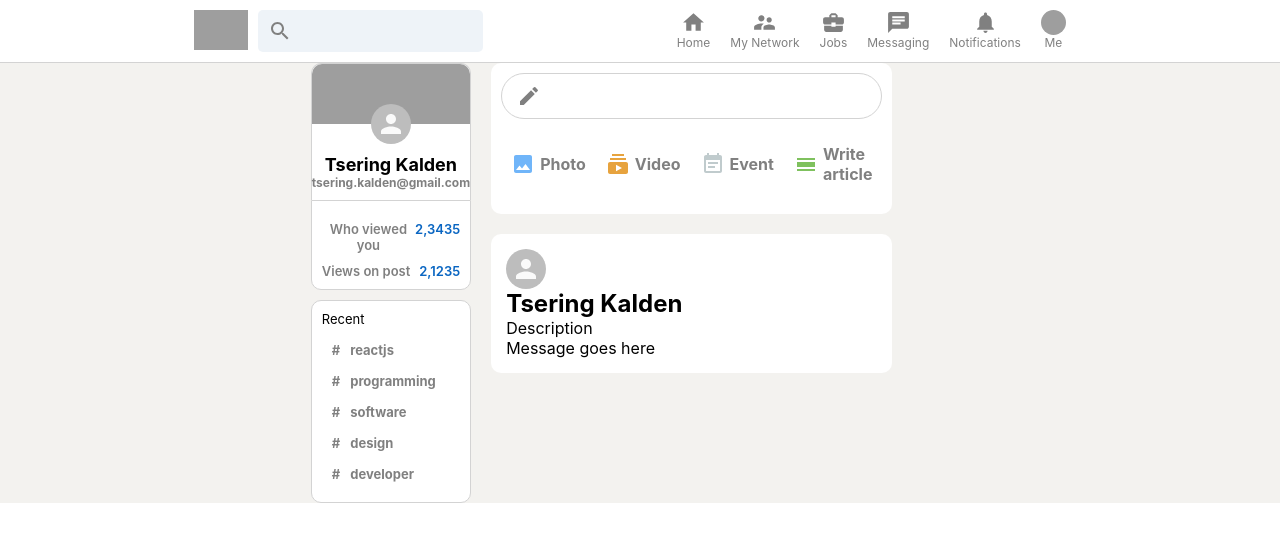
Repository: exiled-kal/linkedInreact-redux
Page: /
An editor plug-in stored every save of this project. The page is shown before and after a run of saves, followed by the edit.
The browser window is 1280 px wide. The pictures show the whole page.
Pictures or frames that could not be fetched are drawn as grey boxes. The project was rebuilt for these pictures with package versions that can differ from the ones it lists, and the page was loaded fresh each time.

Above is the page before, as saved 2020-12-23 21:17:46.

### src/App.js
import React from 'react';
import './App.css';
import Feed from './Feed';
import Header from './Header';
import Sidebar from './Sidebar';

function App() {
  return (
    <div className="app">
      <Header />

      {/* App Body */}
      <div className="app__body">
        <Sidebar />

        <Feed />
        {/* Widgets */}
      </div>
    </div>
  );
}
export default App;

### src/Feed.js
import React from 'react';
import './Feed.css';
import InputOption from './InputOption';
import Post from './Post';

import CreateIcon from '@material-ui/icons/Create';
import ImageIcon from '@material-ui/icons/Image';
import SubscriptionsIcon from '@material-ui/icons/Subscriptions';
import CalendarViewDayIcon from '@material-ui/icons/CalendarViewDay';
import EventNoteIcon from '@material-ui/icons/EventNote';

function Feed() {
  return (
    <div className="feed">
      <div className="feed__inputContainer">
        <div className="feed__input">
          <CreateIcon />
          <form>
            <input type="text" />
            <button type="submit">Send</button>
          </form>
        </div>
        <div className="feed__inputOptions">
          <InputOption Icon={ImageIcon} title="Photo" color="#70B5F9" />
          <InputOption Icon={SubscriptionsIcon} title="Video" color="#E7A33E" />
          <InputOption Icon={EventNoteIcon} title="Event" color="#C0CBCD" />
          <InputOption
            Icon={CalendarViewDayIcon}
            title="Write article"
            color="#7FC15E"
          />
        </div>
      </div>
      <Post
        name="Tsering Kalden"
        description="This is a test"
        messsage="Wow this worked"
      />
    </div>
  );
}

export default Feed;

### src/Header.js
import React from 'react';
import './Header.css';
import SearchIcon from '@material-ui/icons/Search';
import HomeIcon from '@material-ui/icons/Home';
import SupervisorAccountIcon from '@material-ui/icons/SupervisorAccount';
import BusinessCenterIcon from '@material-ui/icons/BusinessCenter';
import ChatIcon from '@material-ui/icons/Chat';
import NotificationsIcon from '@material-ui/icons/Notifications';

import HeaderOption from './HeaderOption';

function Header() {
  return (
    <div className="header">
      <div className="header__left">
        <img
          src="https://www.flaticon.com/svg/static/icons/svg/174/174857.svg"
          alt=""
        />
        <div className="header__search">
          <SearchIcon />
          <input type="text" />
        </div>
      </div>
      <div className="header__right">
        <HeaderOption Icon={HomeIcon} title="Home" />
        <HeaderOption Icon={SupervisorAccountIcon} title="My Network" />
        <HeaderOption Icon={BusinessCenterIcon} title="Jobs" />
        <HeaderOption Icon={ChatIcon} title="Messaging" />
        <HeaderOption Icon={NotificationsIcon} title="Notifications" />
        <HeaderOption
          avatar="https://lh3.googleusercontent.com/ogw/ADGmqu_TO5DxpJaFKNCrPcspEX6tJRZjHj48Ofzpj3c1qw=s64-c-mo"
          title="Me"
        />
      </div>
    </div>
  );
}

export default Header;

### src/Sidebar.js
import {Avatar} from '@material-ui/core';
import React from 'react';
import './Sidebar.css';

function Sidebar() {
  const recentItem = (topic) => (
    <div className="sidebar__recentItem">
      <span className="sidebar__hash">#</span>
      <p>{topic}</p>
    </div>
  );
  return (
    <div className="sidebar">
      <div className="sidebar__top">
        <img src="https://i.stack.imgur.com/FNNGP.gif" alt="" />
        <Avatar className="sidebar__avatar" />
        <h2>Tsering Kalden</h2>
        <h4>tsering.kalden@gmail.com</h4>
      </div>
      <div className="sidebar__stats">
        <div className="sidebar__stat">
          <p>Who viewed you</p>
          <p className="sidebar__statNumber">2,3435</p>
        </div>
        <div className="sidebar__stat">
          <p>Views on post</p>
          <p className="sidebar__statNumber">2,1235</p>
        </div>
      </div>
      <div className="sidebar__bottom">
        <p>Recent</p>
        {recentItem('reactjs')}
        {recentItem('programming')}
        {recentItem('software')}
        {recentItem('design')}
        {recentItem('developer')}
      </div>
    </div>
  );
}

export default Sidebar;

### src/features/counter/counterSlice.js
import { createSlice } from '@reduxjs/toolkit';

export const counterSlice = createSlice({
  name: 'counter',
  initialState: {
    value: 0,
  },
  reducers: {
    increment: state => {
      // Redux Toolkit allows us to write "mutating" logic in reducers. It
      // doesn't actually mutate the state because it uses the Immer library,
      // which detects changes to a "draft state" and produces a brand new
      // immutable state based off those changes
      state.value += 1;
    },
    decrement: state => {
      state.value -= 1;
    },
    incrementByAmount: (state, action) => {
      state.value += action.payload;
    },
  },
});

export const { increment, decrement, incrementByAmount } = counterSlice.actions;

// The function below is called a thunk and allows us to perform async logic. It
// can be dispatched like a regular action: `dispatch(incrementAsync(10))`. This
// will call the thunk with the `dispatch` function as the first argument. Async
// code can then be executed and other actions can be dispatched
export const incrementAsync = amount => dispatch => {
  setTimeout(() => {
    dispatch(incrementByAmount(amount));
  }, 1000);
};

// The function below is called a selector and allows us to select a value from
// the state. Selectors can also be defined inline where they're used instead of
// in the slice file. For example: `useSelector((state) => state.counter.value)`
export const selectCount = state => state.counter.value;

export default counterSlice.reducer;

### src/Feed.css
.feed {
  flex: 0.6;
  margin: 0 20px;
}

.feed__inputContainer {
  background-color: white;
  padding: 10px;
  padding-bottom: 20px;
  border-radius: 10px;
  margin-bottom: 20px;
}

.feed__input {
  border: 1px solid lightgray;
  border-radius: 30px;
  display: flex;
  padding: 10px;
  color: gray;
  padding-left: 15px;
}

.feed__input > form {
  display: flex;
  width: 100%;
}

.feed__input > form > input {
  border: none;
  flex: 1;
  margin-left: 10px;
  outline-width: 0;
  font-weight: 600;
}

.feed__input > form > button {
  display: none;
}

.feed__inputOptions {
  display: flex;
  justify-content: space-evenly;

}

### src/InputOption.js
import React from 'react';
import './InputOption.css';

function InputOption({title, Icon, color}) {
  return (
    <div className="inputOption">
      <Icon style={{color: color}} />
      <h4>{title}</h4>
    </div>
  );
}

export default InputOption;

### src/Post.js
import {Avatar} from '@material-ui/core';
import React from 'react';
import './Post.css';

function Post({name, description, message, photoUrl}) {
  return (
    <div className="post">
      <div className="post__header">
        <Avatar />
        <div className="post__info">
          <h2>Tsering Kalden</h2>
          <p>Description</p>
        </div>
      </div>
      <div className="post__body">
        <p>Message goes here</p>
      </div>
    </div>
  );
}

export default Post;

### src/Header.css
.header {
  position: sticky;
  top: 0;
  z-index: 999;
  display: flex;
  background-color: white;
  justify-content: space-evenly;
  border-bottom: 0.1px solid lightgray;
  padding-top: 10px;
  padding-bottom: 10px;
  width: 100%;
}

.header__left {
  display: flex;
}

.header__left > img {
  object-fit: contain;
  height: 40px;
  margin-right: 10px;
}

.header__search {
  padding: 10px;
  display: flex;
  align-items: center;
  border-radius: 5px;
  height: 22px;
  color: gray;
  background-color: #eef3f8;
}

.header__search > input {
  outline: none;
  border: none;
  background: none;
}

.header__right {
  display: flex;
}

### src/HeaderOption.js
import { Avatar } from '@material-ui/core';
import React from 'react';
import './HeaderOption.css';

function HeaderOption({avatar, title, Icon}) {
  return (
    <div className="headerOption">
      {Icon && <Icon className="headerOption__icon" />}
      {avatar && <Avatar className="headerOption__icon" src={avatar} />}
      <h3 className="headerOption__title">{title}</h3>
    </div>
  );
}

export default HeaderOption;

### src/Sidebar.css
.sidebar {
  position: sticky;
  top: 80px;
  flex: 0.2;
  border-radius: 10px;
  text-align: center;
  height: fit-content;
}

.sidebar__avatar {
  margin-bottom: 10px;
}

.sidebar__top > h4 {
  color: gray;
  font-size: 12px;
}

.sidebar__top > h2 {
  font-size: 18px;
}

.sidebar__top {
  display: flex;
  flex-direction: column;
  align-items: center;
  border: 1px solid lightgray;
  border-bottom: 0;
  border-top-left-radius: 10px;
  border-top-right-radius: 10px;
  background-color: white;
  padding-bottom: 10px;
}

.sidebar__top > img {
  margin-bottom: -20px;
  width: 100%;
  height: 60px;
  border-top-left-radius: 10px;
  border-top-right-radius: 10px;
  object-fit: cover;
}

.sidebar__stats {
  padding: 10px;
  margin-bottom: 10px;
  border: 1px solid lightgray;
  background-color: white;
  border-bottom-left-radius: 10px;
  border-bottom-right-radius: 10px;
}
.sidebar__stat {
  margin-top: 10px;
  display: flex;
  justify-content: space-between;
}

.sidebar__stat > p {
  color: gray;
  font-size: 13px;
  font-weight: 600;
}

.sidebar__statNumber {
  font-weight: bold;
  color: #0a66c2 !important;
}

.sidebar__bottom {
  text-align: left;
  padding: 10px;
  border: 1px solid lightgray;
  background-color: white;
  border-radius: 10px;
  margin-top: 10px;
}

.sidebar__bottom > p {
  font-size: 13px;
  padding-bottom: 10px;
}

.sidebar__recentItem {
  display: flex;
  font-size: 13px;
  color: gray;
  font-weight: bolder;
  cursor: pointer;
  margin-bottom: 5px;
  padding: 5px;
}

.sidebar__recentItem:hover {
  background-color: whitesmoke;
  border-radius: 10px;
  cursor: pointer;
  color: black;
}

.sidebar__hash {
  margin-right: 10px;
  margin-left: 5px;
}

### src/Post.css
.post {
  background-color: white;
  padding: 15px;
  margin-bottom: 10px;
  border-radius: 10px;
}

Loaded but not shown: public/index.html (common file); src/index.js (common file); src/index.css (common file); src/app/store.js (common file); src/serviceWorker.js (common file); src/App.css (common file); src/InputOption.css (common file); src/HeaderOption.css (common file)

After the next 2 saves:
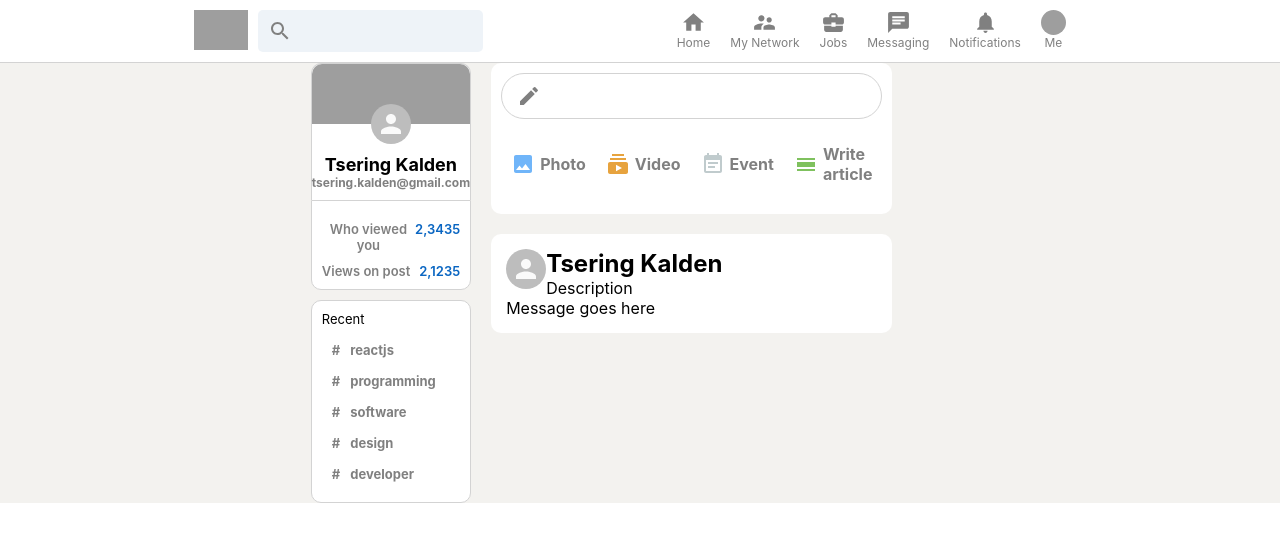
The 2 saves are shown as one change because they came seconds apart.
The last was saved 47 s later.
--- a/src/Post.css
+++ b/src/Post.css
@@ -4,3 +4,8 @@
   margin-bottom: 10px;
   border-radius: 10px;
 }
+
+.post__header {
+    display: flex;
+    margin-bottom: ;
+}
